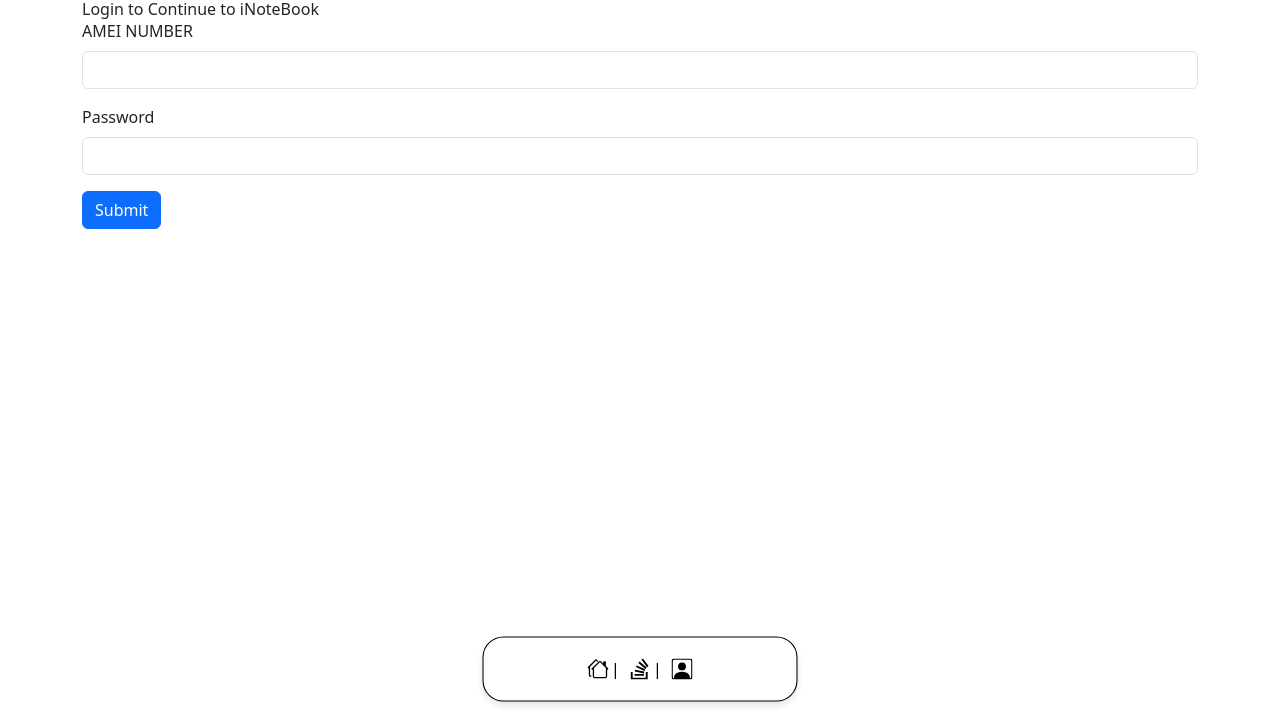
Repository: shash0708/GMR-Lines
Page: /login (app in frontend/)
These files come from the project's save history. The page is drawn as it stood at one moment and after the next save; the edit follows.
The browser window is 1280 px wide. The pictures show the whole page.
The pointer rests on the first visible `.navbar`.
The page's requests for data from a server got no answer. The project was rebuilt for these pictures with package versions that can differ from the ones it lists, and the page was loaded fresh each time. No one was signed in, and anything a server would have sent is missing. Also part of the build but not shown: frontend/src/components/Buttons/Buttons.component.jsx, frontend/src/components/Home/Home.component.jsx, frontend/src/components/Form/Form.css, frontend/src/components/speedDail/SpeedDail.component.jsx, frontend/src/components/Form/Form.component.jsx, frontend/src/components/Card/Card.jsx, frontend/src/components/Card/Card.css, frontend/src/components/Card/Card.component.jsx and 4 more.

Above is the page before, as saved 2024-09-08 23:36:35.

After the next save:
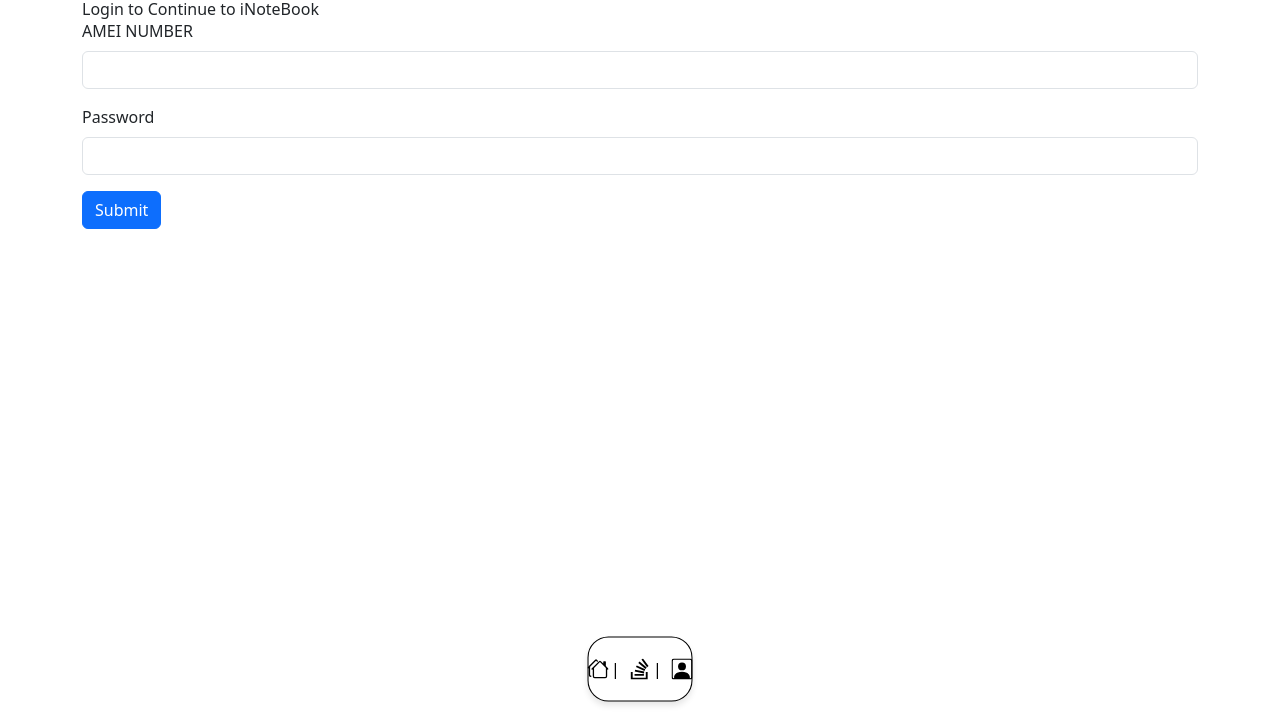
Saved 8 s later.
--- a/frontend/src/components/Header/Navbar.css
+++ b/frontend/src/components/Header/Navbar.css
@@ -29,7 +29,7 @@
 }
 
 .navbar:hover {
-    width: 300px; /* Adjust width on hover */
+    width: 100px; /* Adjust width on hover */
     transform: translateX(-50%) scale(1.05); /* Center Navbar and slightly zoom out */
 }
 
